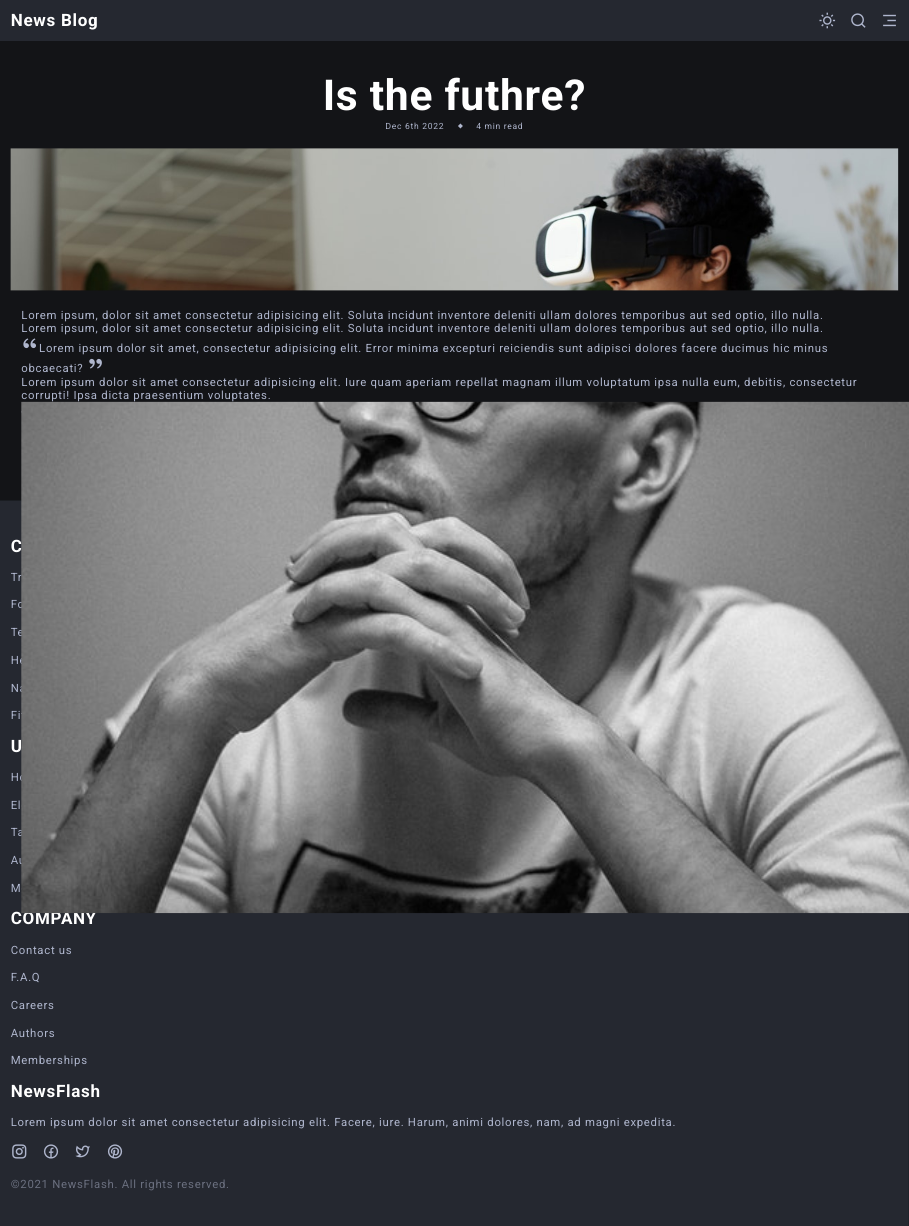
Repository: Junichi-Machii/news-blog-test
Page: post.html
The author's editor kept a copy of each file at every save. The page is drawn from the files as they stood at one save, then again after a run of saves.
The browser window is 1280 px wide. The pictures show the whole page, at 71% of full size.
The style sheet was rebuilt from its Sass, Less or Tailwind sources for each picture, by a compiler version that may differ from the author's.

Above is the page before, as saved 2023-05-13 11:00:16.

After the next 2 saves:
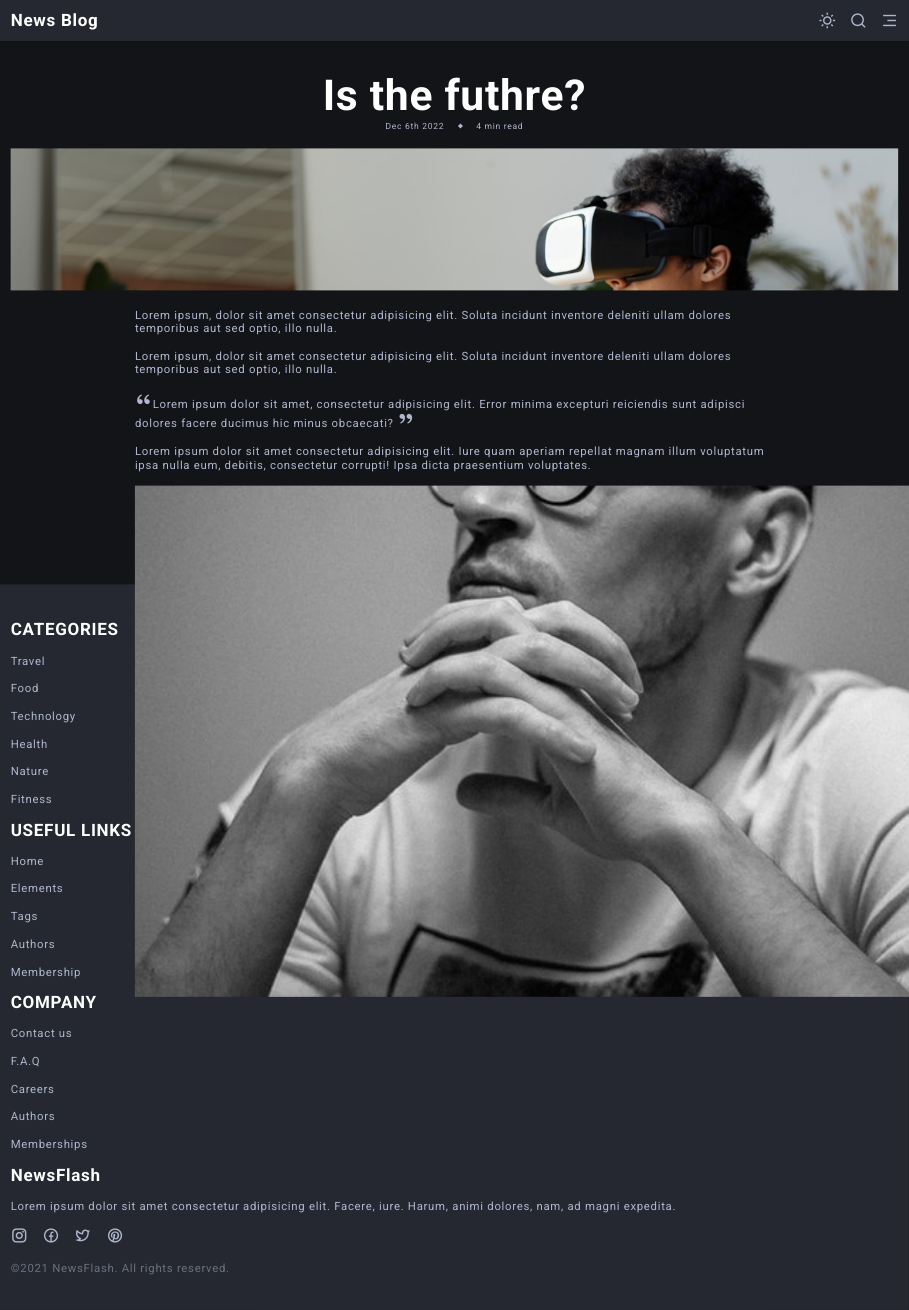
The 2 saves are shown as one change because they came seconds apart.
The last was saved 6 s later.
--- a/style.scss
+++ b/style.scss
@@ -654,6 +654,14 @@ body.light-theme {
 .blog-post {
   padding-bottom: 5rem;
 
+  &-container .container {
+    max-width: 90rem;
+    padding: 0;
+    display: flex;
+    flex-direction: column;
+    gap: var(--gap);
+  }
+
   &-data {
     display: flex;
     flex-direction: column;
